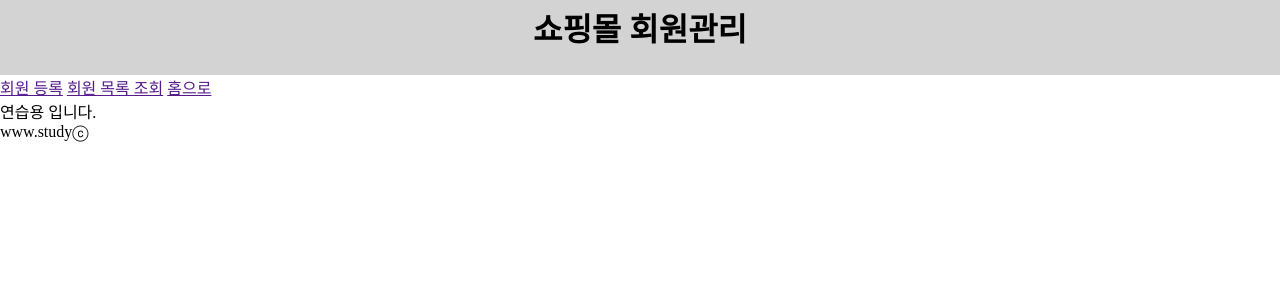
Repository: jieun000/Craftsman_Information_Processing
Page: http://localhost/00_study/
These files come from the project's save history. The page is drawn as it stood at one moment and after the next save; the edit follows.
The browser window is 1280 px wide. The pictures show the whole page.
The page is served by Tomcat 9. Other server files are loaded and not shown.

Above is the page before, as saved 2023-07-02 13:17:27.

### 00_study/WebContent/index.jsp
<%@ page language="java" contentType="text/html; charset=UTF-8"
    pageEncoding="UTF-8"%>
<!DOCTYPE html>
<html>
<head>
<meta charset="UTF-8">
<title>Insert title here</title>
<style>
	* {
		margin: 0px;
		padding: 0px;
	}
	header {
		width: 100%;
		height: 75px;
		background: lightgray;
		text-align: center;
		line-height: 60px;
	}
</style>
</head>
<body>
	<header>
		<h1>쇼핑몰 회원관리</h1>
	</header>
	<nav>
		<a href="">회원 등록</a>
		<a href="">회원 목록 조회</a>
		<a href="">홈으로</a>
	</nav>
	<p>연습용 입니다.</p>
	<footer>
		www.studyⓒ
	</footer>
</body>
</html>

After the next save:
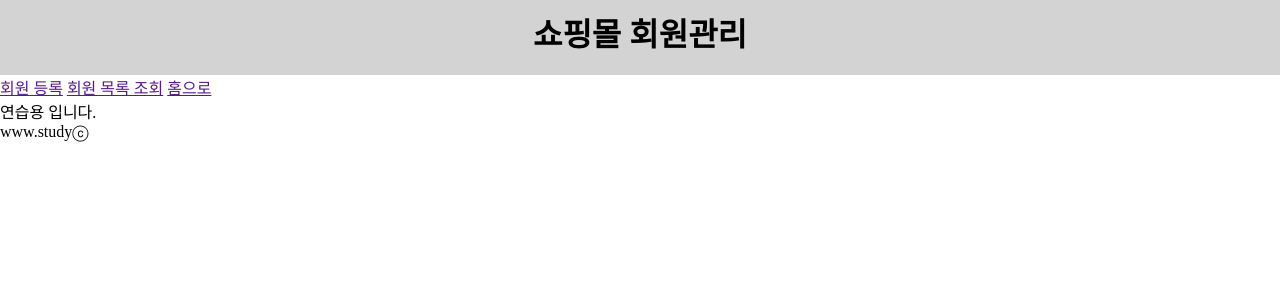
Saved 11 s later.
--- a/00_study/WebContent/index.jsp
+++ b/00_study/WebContent/index.jsp
@@ -15,7 +15,7 @@
 		height: 75px;
 		background: lightgray;
 		text-align: center;
-		line-height: 60px;
+		line-height: 70px;
 	}
 </style>
 </head>
